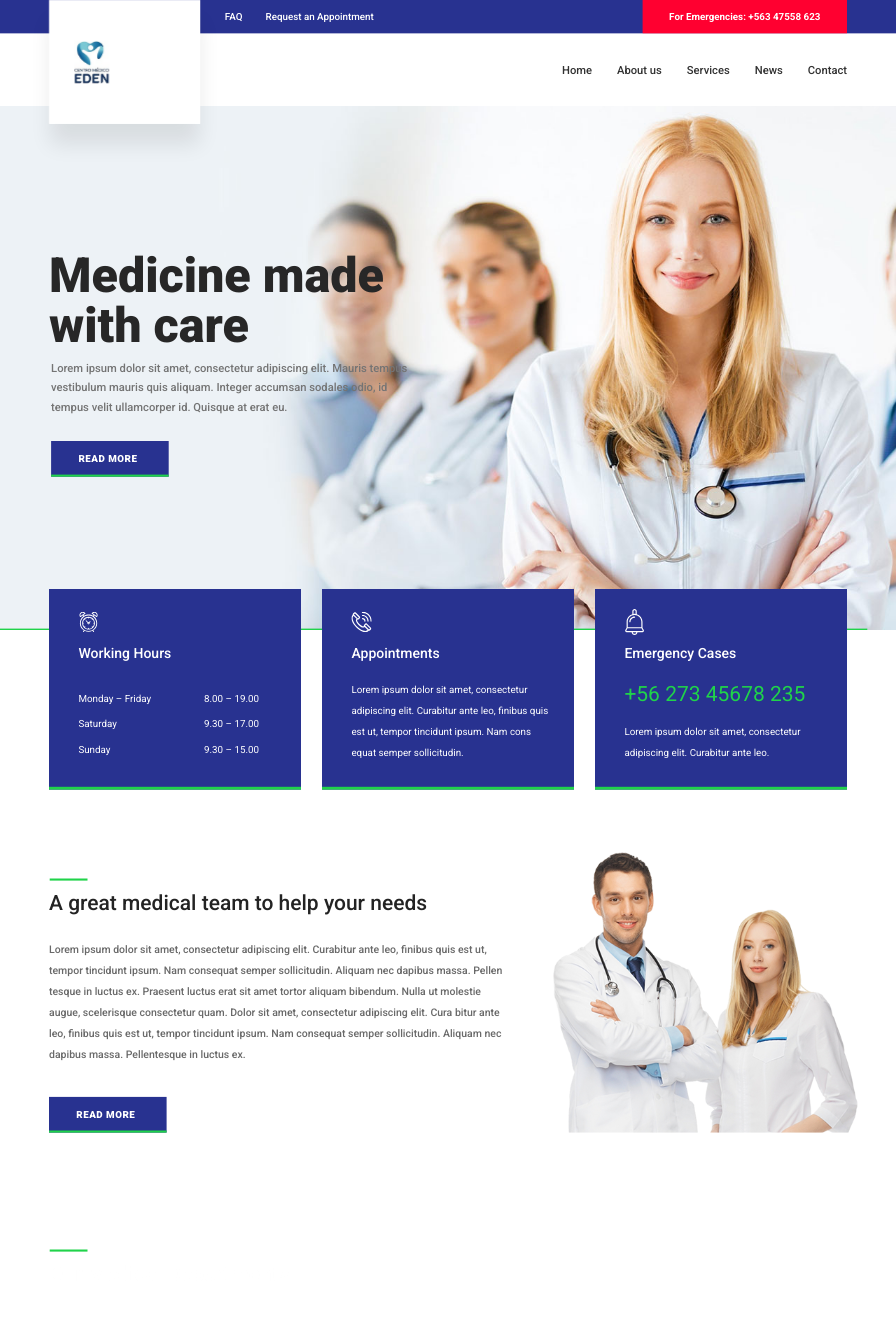
Repository: Nanitamo/centro-medico-eden-webpage
Page: index.html
The author's editor kept a copy of each file at every save. The page is drawn from the files as they stood at one save, then again after a run of saves.
The browser window is 1280 px wide. The pictures show the part of the page from y = 0 to 1920 px (the page is 4535 px tall), at 70% of full size.

Above is the page before, as saved 2020-06-18 12:56:23.

### index.html
<!DOCTYPE html>
<html lang="en">
<head>
<title>CareMed</title>
<meta charset="utf-8">
<meta http-equiv="X-UA-Compatible" content="IE=edge">
<meta name="description" content="CareMed demo project">
<meta name="viewport" content="width=device-width, initial-scale=1">
<link rel="stylesheet" type="text/css" href="styles/bootstrap4/bootstrap.min.css">
<link href="plugins/font-awesome-4.7.0/css/font-awesome.min.css" rel="stylesheet" type="text/css">
<link rel="stylesheet" type="text/css" href="plugins/OwlCarousel2-2.2.1/owl.carousel.css">
<link rel="stylesheet" type="text/css" href="plugins/OwlCarousel2-2.2.1/owl.theme.default.css">
<link rel="stylesheet" type="text/css" href="plugins/OwlCarousel2-2.2.1/animate.css">
<link rel="stylesheet" type="text/css" href="styles/main_styles.css">
<link rel="stylesheet" type="text/css" href="styles/responsive.css">
</head>
<body>

<div class="super_container">

	<!-- Header -->

	<header class="header trans_200">

		<!-- Top Bar -->
		<div class="top_bar">
			<div class="container">
				<div class="row">
					<div class="col">
						<div class="top_bar_content d-flex flex-row align-items-center justify-content-start">
							<div class="top_bar_item"><a href="#">FAQ</a></div>
							<div class="top_bar_item"><a href="#">Request an Appointment</a></div>
							<div class="emergencies  d-flex flex-row align-items-center justify-content-start ml-auto">For Emergencies: +563 47558 623</div>
						</div>

					</div>
				</div>
			</div>
		</div>

		<!-- Header Content -->
		<div class="header_container">
			<div class="container">
				<div class="row">
					<div class="col">
						<div class="header_content d-flex flex-row align-items-center justify-content-start">
							<nav class="main_nav ml-auto">
								<ul>
									<li><a href="index.html">Home</a></li>
									<li><a href="about.html">About us</a></li>
									<li><a href="services.html">Services</a></li>
									<li><a href="news.html">News</a></li>
									<li><a href="contact.html">Contact</a></li>
								</ul>
							</nav>
							<div class="hamburger ml-auto"><i class="fa fa-bars" aria-hidden="true"></i></div>
						</div>
					</div>
				</div>
			</div>
		</div>

		<!-- Logo -->
		<div class="logo_container_outer">
			<div class="container">
				<div class="row">
					<div class="col">
						<div class="logo_container">
							<a href="#">
								<div class="logo_content d-flex flex-column align-items-start justify-content-center">
									<!-- <div class="logo_line"></div>
									<div class="logo d-flex flex-row align-items-center justify-content-center">
										<div class="logo_text">Care<span>Med</span></div>
										<div class="logo_box">+</div>
									</div>
									<div class="logo_sub">Health Care Center</div> -->
									<img src="./images/logo.jpg" alt="Logotipo" width ="50">
								</div>
							</a>
						</div>
					</div>
				</div>
			</div>
		</div>

	</header>

	<!-- Menu -->

	<div class="menu_container menu_mm">

		<!-- Menu Close Button -->
		<div class="menu_close_container">
			<div class="menu_close"></div>
		</div>

		<!-- Menu Items -->
		<div class="menu_inner menu_mm">
			<div class="menu menu_mm">
				<ul class="menu_list menu_mm">
					<li class="menu_item menu_mm"><a href="index.html">Home</a></li>
					<li class="menu_item menu_mm"><a href="about.html">About us</a></li>
					<li class="menu_item menu_mm"><a href="services.html">Services</a></li>
					<li class="menu_item menu_mm"><a href="news.html">News</a></li>
					<li class="menu_item menu_mm"><a href="contact.html">Contact</a></li>
				</ul>
			</div>
			<div class="menu_extra">
				<div class="menu_appointment"><a href="#">Request an Appointment</a></div>
				<div class="menu_emergencies">For Emergencies: +563 47558 623</div>
			</div>

		</div>

	</div>

	<!-- Home -->

	<div class="home">
		<div class="home_slider_container">
			<!-- Home Slider -->
			<div class="owl-carousel owl-theme home_slider">

				<!-- Slider Item -->
				<div class="owl-item">
					<div class="home_slider_background" style="background-image:url(images/home_background_1.jpg)"></div>
					<div class="home_content">
						<div class="container">
							<div class="row">
								<div class="col">
									<div class="home_content_inner">
										<div class="home_title"><h1>Medicine made with care</h1></div>
										<div class="home_text">
											<p>Lorem ipsum dolor sit amet, consectetur adipiscing elit. Mauris tempus vestibulum mauris quis aliquam. Integer accumsan sodales odio, id tempus velit ullamcorper id. Quisque at erat eu.</p>
										</div>
										<div class="button home_button">
											<a href="#">read more</a>
										</div>
									</div>
								</div>
							</div>
						</div>
					</div>
				</div>

				<!-- Slider Item -->
				<div class="owl-item">
					<div class="home_slider_background" style="background-image:url(images/home_background_1.jpg)"></div>
					<div class="home_content">
						<div class="container">
							<div class="row">
								<div class="col">
									<div class="home_content_inner">
										<div class="home_title"><h1>Medicine made with care</h1></div>
										<div class="home_text">
											<p>Lorem ipsum dolor sit amet, consectetur adipiscing elit. Mauris tempus vestibulum mauris quis aliquam. Integer accumsan sodales odio, id tempus velit ullamcorper id. Quisque at erat eu.</p>
										</div>
										<div class="button home_button">
											<a href="#">read more</a>
										</div>
									</div>
								</div>
							</div>
						</div>
					</div>
				</div>

				<!-- Slider Item -->
				<div class="owl-item">
					<div class="home_slider_background" style="background-image:url(images/home_background_1.jpg)"></div>
					<div class="home_content">
						<div class="container">
							<div class="row">
								<div class="col">
									<div class="home_content_inner">
										<div class="home_title"><h1>Medicine made with care</h1></div>
										<div class="home_text">
											<p>Lorem ipsum dolor sit amet, consectetur adipiscing elit. Mauris tempus vestibulum mauris quis aliquam. Integer accumsan sodales odio, id tempus velit ullamcorper id. Quisque at erat eu.</p>
										</div>
										<div class="button home_button">
											<a href="#">read more</a>
										</div>
									</div>
								</div>
							</div>
						</div>
					</div>
				</div>

			</div>

			<!-- Slider Progress -->
			<div class="home_slider_progress"></div>
		</div>
	</div>

	<!-- 3 Boxes -->

	<div class="boxes">
		<div class="container">
			<div class="row">

				<!-- Box -->
				<div class="col-lg-4 box_col">
					<div class="box working_hours">
						<div class="box_icon d-flex flex-column align-items-start justify-content-center"><div style="width:29px; height:29px;"><img src="images/alarm-clock.svg" alt=""></div></div>
						<div class="box_title">Working Hours</div>
						<div class="working_hours_list">
							<ul>
								<li class="d-flex flex-row align-items-center justify-content-start">
									<div>Monday – Friday</div>
									<div class="ml-auto">8.00 – 19.00</div>
								</li>
								<li class="d-flex flex-row align-items-center justify-content-start">
									<div>Saturday</div>
									<div class="ml-auto">9.30 – 17.00</div>
								</li>
								<li class="d-flex flex-row align-items-center justify-content-start">
									<div>Sunday</div>
									<div class="ml-auto">9.30 – 15.00</div>
								</li>
							</ul>
						</div>
					</div>
				</div>

				<!-- Box -->
				<div class="col-lg-4 box_col">
					<div class="box box_appointments">
						<div class="box_icon d-flex flex-column align-items-start justify-content-center"><div style="width: 29px; height:29px;"><img src="images/phone-call.svg" alt=""></div></div>
						<div class="box_title">Appointments</div>
						<div class="box_text">Lorem ipsum dolor sit amet, consectetur adipiscing elit. Curabitur ante leo, finibus quis est ut, tempor tincidunt ipsum. Nam cons equat semper sollicitudin.</div>
					</div>
				</div>

				<!-- Box -->
				<div class="col-lg-4 box_col">
					<div class="box box_emergency">
						<div class="box_icon d-flex flex-column align-items-start justify-content-center"><div style="width: 37px; height:37px; margin-left:-4px;"><img src="images/bell.svg" alt=""></div></div>
						<div class="box_title">Emergency Cases</div>
						<div class="box_phone">+56 273 45678 235</div>
						<div class="box_emergency_text">Lorem ipsum dolor sit amet, consectetur adipiscing elit. Curabitur ante leo.</div>
					</div>
				</div>

			</div>
		</div>
	</div>

	<!-- About -->

	<div class="about">
		<div class="container">
			<div class="row row-lg-eq-height">

				<!-- About Content -->
				<div class="col-lg-7">
					<div class="about_content">
						<div class="section_title"><h2>A great medical team to help your needs</h2></div>
						<div class="about_text">
							<p>Lorem ipsum dolor sit amet, consectetur adipiscing elit. Curabitur ante leo, finibus quis est ut, tempor tincidunt ipsum. Nam consequat semper sollicitudin. Aliquam nec dapibus massa. Pellen tesque in luctus ex. Praesent luctus erat sit amet tortor aliquam bibendum. Nulla ut molestie augue, scelerisque consectetur quam. Dolor sit amet, consectetur adipiscing elit. Cura bitur ante leo, finibus quis est ut, tempor tincidunt ipsum. Nam consequat semper sollicitudin. Aliquam nec dapibus massa. Pellentesque in luctus ex.</p>
						</div>
						<div class="button about_button">
							<a href="#">read more</a>
						</div>
					</div>
				</div>

				<!-- About Image -->
				<div class="col-lg-5">
					<div class="about_image"><img src="images/about.png" alt=""></div>
				</div>
			</div>
		</div>
	</div>

	<!-- Departments -->

	<div class="departments">
		<div class="departments_background parallax-window" data-parallax="scroll" data-image-src="images/departments.jpg" data-speed="0.8"></div>
		<div class="container">
			<div class="row">
				<div class="col">
					<div class="section_title section_title_light"><h2>Our Medical Departments</h2></div>
				</div>
			</div>
			<div class="row departments_row row-md-eq-height">

				<!-- Department -->
				<div class="col-lg-3 col-md-6 dept_col">
					<div class="dept">
						<div class="dept_image"><img src="images/dept_1.jpg" alt=""></div>
						<div class="dept_content text-center">
							<div class="dept_title">plastic surgery</div>
							<div class="dept_subtitle">Dr. James Smith</div>
						</div>
					</div>
				</div>

				<!-- Department -->
				<div class="col-lg-3 col-md-6 dept_col">
					<div class="dept">
						<div class="dept_image"><img src="images/dept_2.jpg" alt=""></div>
						<div class="dept_content text-center">
							<div class="dept_title">gastroenterology</div>
							<div class="dept_subtitle">Dr. Gunter Roscoe</div>
						</div>
					</div>
				</div>

				<!-- Department -->
				<div class="col-lg-3 col-md-6 dept_col">
					<div class="dept">
						<div class="dept_image"><img src="images/dept_3.jpg" alt=""></div>
						<div class="dept_content text-center">
							<div class="dept_title">dentistry</div>
							<div class="dept_subtitle">Dr. Maria Williams</div>
						</div>
					</div>
				</div>

				<!-- Department -->
				<div class="col-lg-3 col-md-6 dept_col">
					<div class="dept">
						<div class="dept_text">
							<p>Lorem ipsum dolor sit amet, consectetur adipiscing elit. Curabitur ante leo, finibus quis est ut, tempor tincidunt ipsum. Nam consequat semper sollicitudin. Aliquam nec dap ibus massa. Pellen tesque in luctus ex.</p>
						</div>
						<div class="button dept_button"><a href="#">read more</a></div>
					</div>
				</div>
			</div>
		</div>
	</div>

	<!-- Services -->

	<div class="services">
		<div class="container">
			<div class="row">
				<div class="col">
					<div class="section_title"><h2>Our Featured Services</h2></div>
				</div>
			</div>
			<div class="row services_row">

				<!-- Service -->
				<div class="col-lg-4 col-md-6 service_col">
					<a href="services.html">
						<div class="service text-center trans_200">
							<div class="service_icon"><img class="svg" src="images/service_1.svg" alt=""></div>
							<div class="service_title trans_200">Free Checkups</div>
							<div class="service_text">
								<p>Lorem ipsum dolor sit amet, consectetur adipiscing elit. Curabitur ante leo, finibus quis est ut, tempor tincidunt ipsum. Nam consequat semper sollicitudin.</p>
							</div>
						</div>
					</a>
				</div>

				<!-- Service -->
				<div class="col-lg-4 col-md-6 service_col">
					<a href="services.html">
						<div class="service text-center trans_200">
							<div class="service_icon"><img class="svg" src="images/service_2.svg" alt=""></div>
							<div class="service_title trans_200">Screening Exams</div>
							<div class="service_text">
								<p>Lorem ipsum dolor sit amet, consectetur adipiscing elit. Curabitur ante leo, finibus quis est ut, tempor tincidunt ipsum. Nam consequat semper sollicitudin.</p>
							</div>
						</div>
					</a>
				</div>

				<!-- Service -->
				<div class="col-lg-4 col-md-6 service_col">
					<a href="services.html">
						<div class="service text-center trans_200">
							<div class="service_icon"><img class="svg" src="images/service_3.svg" alt=""></div>
							<div class="service_title trans_200">RMI Services</div>
							<div class="service_text">
								<p>Lorem ipsum dolor sit amet, consectetur adipiscing elit. Curabitur ante leo, finibus quis est ut, tempor tincidunt ipsum. Nam consequat semper sollicitudin.</p>
							</div>
						</div>
					</a>
				</div>

				<!-- Service -->
				<div class="col-lg-4 col-md-6 service_col">
					<a href="services.html">
						<div class="service text-center trans_200">
							<div class="service_icon"><img class="svg" src="images/service_4.svg" alt=""></div>
							<div class="service_title trans_200">Dentistry</div>
							<div class="service_text">
								<p>Lorem ipsum dolor sit amet, consectetur adipiscing elit. Curabitur ante leo, finibus quis est ut, tempor tincidunt ipsum. Nam consequat semper sollicitudin.</p>
							</div>
						</div>
					</a>
				</div>

				<!-- Service -->
				<div class="col-lg-4 col-md-6 service_col">
					<a href="services.html">
						<div class="service text-center trans_200">
							<div class="service_icon"><img class="svg" src="images/service_5.svg" alt=""></div>
							<div class="service_title trans_200">Neonatology</div>
							<div class="service_text">
								<p>Lorem ipsum dolor sit amet, consectetur adipiscing elit. Curabitur ante leo, finibus quis est ut, tempor tincidunt ipsum. Nam consequat semper sollicitudin.</p>
							</div>
						</div>
					</a>
				</div>

				<!-- Service -->
				<div class="col-lg-4 col-md-6 service_col">
					<a href="services.html">
						<div class="service text-center trans_200">
							<div class="service_icon"><img class="svg" src="images/service_6.svg" alt=""></div>
							<div class="service_title trans_200">Biochemistry</div>
							<div class="service_text">
								<p>Lorem ipsum dolor sit amet, consectetur adipiscing elit. Curabitur ante leo, finibus quis est ut, tempor tincidunt ipsum. Nam consequat semper sollicitudin.</p>
							</div>
						</div>
					</a>
				</div>
			</div>
		</div>
	</div>

	<!-- Call to action -->

	<div class="cta">
		<div class="cta_background parallax-window" data-parallax="scroll" data-image-src="images/cta.jpg" data-speed="0.8"></div>
		<div class="container">
			<div class="row">
				<div class="col">
					<div class="cta_content text-center">
						<h2>Need a personal health plan?</h2>
						<p>Duis massa massa, mollis vel ullamcorper quis, finibus et urna. Aliquam ac eleifend metus. Ut sollicitudin risus ex</p>
						<div class="button cta_button"><a href="#">request a plan</a></div>
					</div>
				</div>
			</div>
		</div>
	</div>

	<!-- Footer -->

	<footer class="footer">
		<div class="footer_container">
			<div class="container">
				<div class="row">

					<!-- Footer - About -->
					<div class="col-lg-4 footer_col">
						<div class="footer_about">
							<div class="footer_logo_container">
								<a href="#" class="d-flex flex-column align-items-center justify-content-center">
									<div class="logo_content">
										<div class="logo d-flex flex-row align-items-center justify-content-center">
											<div class="logo_text">Care<span>Med</span></div>
											<div class="logo_box">+</div>
										</div>
										<div class="logo_sub">Health Care Center</div>
									</div>
								</a>
							</div>
							<div class="footer_about_text">
								<p>Lorem ipsum dolor sit amet, conse ctetur adipiscing elit. Curabitur ante leo, finibus quis est ut, tempor tincidunt ipsum.</p>
							</div>
							<ul class="footer_about_list">
								<li><div class="footer_about_icon"><img src="images/phone-call.svg" alt=""></div><span>+45 677 8993000 223</span></li>
								<li><div class="footer_about_icon"><img src="images/envelope.svg" alt=""></div><span>office@template.com</span></li>
								<li><div class="footer_about_icon"><img src="images/placeholder.svg" alt=""></div><span>Main Str. no 45-46, b3, 56832, Los Angeles, CA</span></li>
							</ul>
						</div>
					</div>

					<!-- Footer - Links -->
					<div class="col-lg-4 footer_col">
						<div class="footer_links footer_column">
							<div class="footer_title">Useful Links</div>
							<ul>
								<li><a href="#">Testimonials</a></li>
								<li><a href="#">FAQ</a></li>
								<li><a href="#">Apply for a Job</a></li>
								<li><a href="#">Terms & Conditions</a></li>
								<li><a href="#">Our Partners</a></li>
								<li><a href="#">Services</a></li>
								<li><a href="#">Free services</a></li>
								<li><a href="#">About us</a></li>
								<li><a href="#">News</a></li>
								<li><a href="#">Contact</a></li>
								<li><a href="#">Our Screening Program</a></li>
								<li><a href="#">FAQ</a></li>
							</ul>
						</div>
					</div>

					<!-- Footer - News -->
					<div class="col-lg-4 footer_col">
						<div class="footer_news footer_column">
							<div class="footer_title">Useful Links</div>
							<ul>
								<li>
									<div class="footer_news_title"><a href="news.html">Aliquam ac eleifend metus</a></div>
									<div class="footer_news_date">March 10, 2018</div>
								</li>
								<li>
									<div class="footer_news_title"><a href="news.html">Donec in libero sit amet mi vulputate</a></div>
									<div class="footer_news_date">March 10, 2018</div>
								</li>
								<li>
									<div class="footer_news_title"><a href="news.html">Aliquam ac eleifend metus</a></div>
									<div class="footer_news_date">March 10, 2018</div>
								</li>
							</ul>
						</div>
					</div>
				</div>
			</div>
		</div>
		<div class="copyright">
			<div class="container">
				<div class="row">
					<div class="col">
						<div class="copyright_content d-flex flex-lg-row flex-column align-items-lg-center justify-content-start">
							<div class="cr"><!-- Link back to Colorlib can't be removed. Template is licensed under CC BY 3.0. -->
Copyright &copy;<script>document.write(new Date().getFullYear());</script> All rights reserved | This template is made with <i class="fa fa-heart-o" aria-hidden="true"></i> by <a href="https://colorlib.com" target="_blank">Colorlib</a>
<!-- Link back to Colorlib can't be removed. Template is licensed under CC BY 3.0. --></div>
							<div class="footer_social ml-lg-auto">
								<ul>
									<li><a href="#"><i class="fa fa-pinterest" aria-hidden="true"></i></a></li>
									<li><a href="#"><i class="fa fa-facebook" aria-hidden="true"></i></a></li>
									<li><a href="#"><i class="fa fa-twitter" aria-hidden="true"></i></a></li>
									<li><a href="#"><i class="fa fa-dribbble" aria-hidden="true"></i></a></li>
									<li><a href="#"><i class="fa fa-behance" aria-hidden="true"></i></a></li>
									<li><a href="#"><i class="fa fa-linkedin" aria-hidden="true"></i></a></li>
								</ul>
							</div>
						</div>
					</div>
				</div>
			</div>
		</div>
	</footer>
</div>

<script src="js/jquery-3.2.1.min.js"></script>
<script src="styles/bootstrap4/popper.js"></script>
<script src="styles/bootstrap4/bootstrap.min.js"></script>
<script src="plugins/OwlCarousel2-2.2.1/owl.carousel.js"></script>
<script src="plugins/easing/easing.js"></script>
<script src="plugins/parallax-js-master/parallax.min.js"></script>
<script src="js/custom.js"></script>
</body>
</html>

Loaded but not shown: styles/bootstrap4/bootstrap.min.css (library); plugins/font-awesome-4.7.0/css/font-awesome.min.css (library); plugins/OwlCarousel2-2.2.1/owl.carousel.css (library); plugins/OwlCarousel2-2.2.1/owl.theme.default.css (common file); plugins/OwlCarousel2-2.2.1/animate.css (library); js/jquery-3.2.1.min.js (library); styles/bootstrap4/popper.js (library); styles/bootstrap4/bootstrap.min.js (library); plugins/OwlCarousel2-2.2.1/owl.carousel.js (library); plugins/easing/easing.js (library); plugins/parallax-js-master/parallax.min.js (library); js/custom.js (204 lines, source omitted); styles/main_styles.css (1310 lines, source omitted); styles/responsive.css (427 lines, source omitted)

After the next 2 saves:
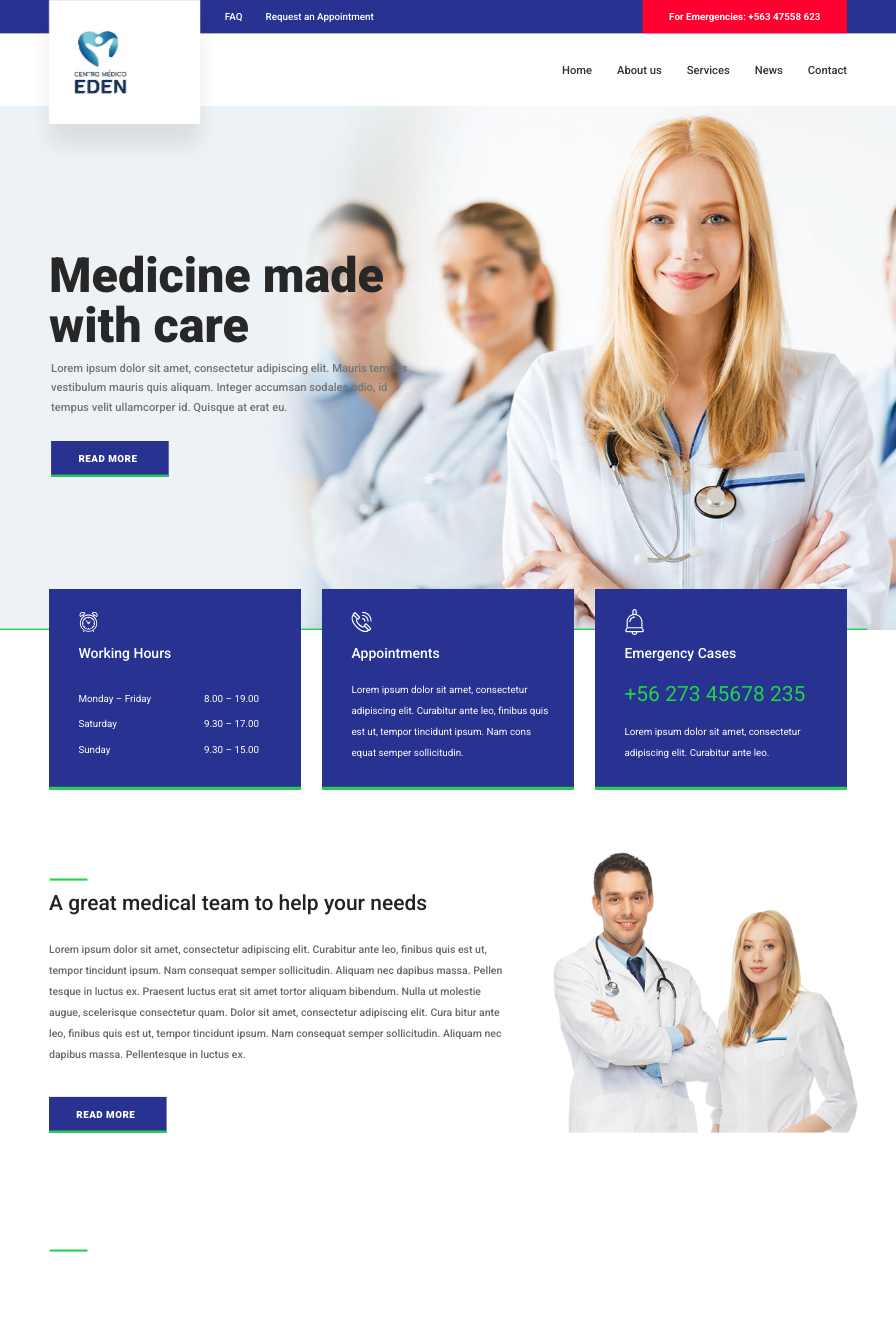
The 2 saves are shown as one change because they came seconds apart.
The last was saved 29 s later.
--- a/index.html
+++ b/index.html
@@ -74,7 +74,7 @@
 										<div class="logo_box">+</div>
 									</div>
 									<div class="logo_sub">Health Care Center</div> -->
-									<img src="./images/logo.jpg" alt="Logotipo" width ="50">
+									<img src="./images/logo.jpg" alt="Logotipo" width ="75">
 								</div>
 							</a>
 						</div>
